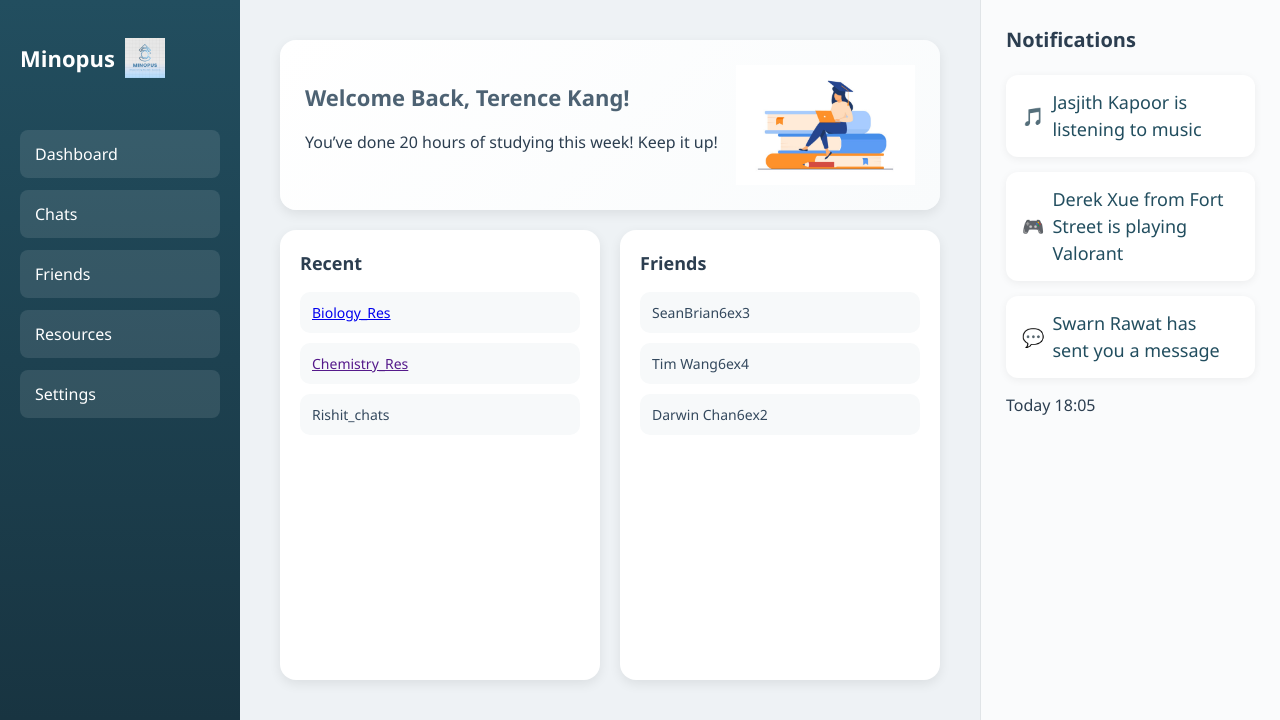
Repository: AUTemmie/Assessment-Task-3
Page: http://localhost/
The author's editor kept a copy of each file at every save. The page is drawn from the files as they stood at one save, then again after the next save.
The browser window is 1280 px wide. The pictures show the whole page.
The page is served by the project's application, run on Flask 3 (main.py). Other server files are loaded and not shown.

Above is the page before, as saved 2025-09-25 12:05:33.

### templates/index.html
{% extends 'layout.html' %} {% block content %}
<section class="welcome-card">
  <div>
    <h2>Welcome Back, Terence Kang!</h2>
    <p>You’ve done 20 hours of studying this week! Keep it up!</p>
  </div>
  <img
    src="../static/images/WomanStudying.jpg"
    alt="Studying"
    style="height: 120px"
  />
</section>

<div class="card-grid">
  <div class="card">
    <h3>Recent</h3>
    <ul>
      <li>
        <a href="https://www.khanacademy.org/science/biology">Biology_Res</a>
      </li>
      <li><a href="">Chemistry_Res</a></li>
      <li>Rishit_chats</li>
    </ul>
  </div>

  <div class="card">
    <h3>Friends</h3>
    <ul>
      <li>SeanBrian6ex3</li>
      <li>Tim Wang6ex4</li>
      <li>Darwin Chan6ex2</li>
    </ul>
  </div>
</div>
{% endblock %}

### templates/layout.html
<!DOCTYPE html>
<html lang="en">
  <head>
    <meta charset="UTF-8" />
    <meta name="viewport" content="width=device-width, initial-scale=1.0" />
    <meta http-equiv="X-UA-Compatible" content="ie=edge" />
    <meta http-equiv="Content-Security-Policy" content="script-src 'self';" />
    <link
      rel="stylesheet"
      href="{{ url_for('static', filename='css/style.css') }}"
    />
    <link
      rel="icon"
      type="image/x-icon"
      href="{{ url_for('static', filename='images/Favicon.png') }}"
    />
    <title>{% block title %}Minopus{% endblock %}</title>
  </head>
  <body class="theme-red {% if hide_layout %}no-sidebars{% endif %}">
    <div class="dashboard-grid">
      {% if not hide_layout %}
      <!-- Left Sidebar -->
      {% include "partials/sidebar.html" %} {% endif %}

      <!-- Main Content -->
      <main class="main-panel">{% block content %}{% endblock %}</main>

      {% if not hide_layout %}
      <!-- Right Sidebar -->
      {% include "partials/notifications.html" %} {% endif %}
    </div>

    <script src="{{ url_for('static', filename='js/app.js') }}"></script>
  </body>
</html>

### templates/partials/sidebar.html
<aside class="sidebar" aria-label="Main Navigation">
  <h2 class="logo">
    Minopus
    <img
      src="{{ url_for('static', filename='images/Favicon.png') }}"
      alt="Minopus logo"
      width="40"
      height="40"
    />
  </h2>

  <nav class="sidebar-nav">
    <ul>
      <li><a href="/">Dashboard</a></li>
      <li><a href="/chat">Chats</a></li>
      <li><a href="/friends">Friends</a></li>
      <li><a href="/resources">Resources</a></li>
      <li><a href="/settings">Settings</a></li>
    </ul>
  </nav>
</aside>

### templates/partials/notifications.html
<aside class="notifications" aria-label="User Notifications">
  <h2>Notifications</h2>
  <ul class="notification-list">
    <li>
      <span class="icon">🎵</span>
      <span class="text">Jasjith Kapoor is listening to music</span>
    </li>
    <li>
      <span class="icon">🎮</span>
      <span class="text">Derek Xue from Fort Street is playing Valorant</span>
    </li>
    <li>
      <span class="icon">💬</span>
      <span class="text">Swarn Rawat has sent you a message</span>
    </li>
  </ul>
  <footer class="timestamp">Today 18:05</footer>
</aside>

### main.py
from flask import Flask
from flask import render_template
from flask import request
import database_manager as dbHandler
from flask import redirect


app = Flask(__name__)


@app.route("/", methods=["GET", "POST"])
@app.route("/index.html", methods=["GET"])
def index():
    return render_template("index.html")


@app.route("/chat")
def chat():
    return render_template("chat.html")


@app.route("/friends")
def friends():
    return render_template("friends.html")


@app.route("/resources")
def resources():
    return render_template("resource.html")


@app.route("/settings")
def settings():
    return render_template("settings.html")


@app.route("/Login", methods=["GET", "POST"])
def login():
    if request.method == "POST":
        username = request.form["username"]
        password = request.form["password"]

        if username == "admin" and password == "password":
            return redirect("/")
        else:
            error = "Invalid username or password"
            # pass hide_layout=True
            return render_template("Login.html", error=error, hide_layout=True)

    # GET request
    return render_template("Login.html", hide_layout=True)


if __name__ == "__main__":
    app.run(debug=True, host="0.0.0.0", port=5000)

### static/css/style.css
/* Reset + Base */
body {
  margin: 0;
  font-family: "Segoe UI", sans-serif;
  background-color: #eef2f5;
  color: #2c3e50;
  line-height: 1.5;
}

/* Grid Layout */
.dashboard-grid {
  display: grid;
  grid-template-columns: 240px 1fr 300px;
  grid-template-rows: 100vh;
  overflow: hidden;
}

/* Sidebar */
.sidebar {
  background: linear-gradient(180deg, #224e5f, #183441);
  color: #fff;
  padding: 20px;
  display: flex;
  flex-direction: column;
}

.sidebar .logo {
  display: flex;
  align-items: center;
  gap: 10px;
  font-size: 22px;
  font-weight: bold;
  margin-bottom: 40px;
}

.sidebar ul {
  list-style: none;
  padding: 0;
  margin: 0;
}

.sidebar li {
  margin: 12px 0;
}

.sidebar a {
  display: block;
  padding: 12px 15px;
  border-radius: 8px;
  text-decoration: none;
  background: rgba(255, 255, 255, 0.1);
  color: #fff;
  font-weight: 500;
  transition: 0.25s ease;
}

.sidebar a:hover {
  background: rgba(255, 255, 255, 0.25);
}

/* Main Panel */
.main-panel {
  display: flex;
  flex-direction: column;
  padding: 40px;
  background-color: #eef2f5;
  height: 100vh;
  box-sizing: border-box;
  overflow: hidden;
}

.main-panel h1 {
  margin: 0 0 20px;
  font-size: 28px;
  font-weight: 600;
}

.main-panel h2 {
  margin-top: 0;
  font-size: 20px;
  font-weight: 500;
  color: #4d6273;
}

/* Welcome Card */
.welcome-card {
  background: linear-gradient(135deg, #ffffff, #f9fbfc);
  border-radius: 16px;
  padding: 25px;
  margin-bottom: 20px;
  display: flex;
  align-items: center;
  justify-content: space-between;
  box-shadow: 0 4px 12px rgba(0, 0, 0, 0.08);
}

.welcome-card h2 {
  margin: 0;
  font-size: 22px;
  font-weight: 600;
}

/* Card Grid */
.card-grid {
  display: grid;
  grid-template-columns: 1fr 1fr;
  gap: 20px;
  flex: 1;
  min-height: 0;
}

/* Cards */
.card {
  background: #fff;
  border-radius: 16px;
  padding: 20px;
  box-shadow: 0 4px 12px rgba(0, 0, 0, 0.08);
  display: flex;
  flex-direction: column;
  height: 100%;
  box-sizing: border-box;
}

.card h3 {
  margin: 0 0 15px;
  font-size: 18px;
  font-weight: 600;
}

.card ul {
  list-style: none;
  padding: 0;
  margin: 0;
  flex: 1;
  overflow-y: auto;
}

.card li {
  margin-bottom: 10px;
  background: #f7f9fa;
  padding: 10px 12px;
  border-radius: 10px;
  font-size: 14px;
  color: #34495e;
}

/* Notifications */
.notifications {
  background: #fafbfc;
  padding: 25px;
  border-left: 1px solid #e0e4e7;
  display: flex;
  flex-direction: column;
  overflow-y: auto;
}

.notifications h2 {
  margin: 0 0 20px;
  font-size: 20px;
  font-weight: 600;
}

.notifications ul {
  list-style: none;
  padding: 0;
  margin: 0;
}

.notifications li {
  margin-bottom: 15px;
  background: #fff;
  padding: 14px 16px;
  border-radius: 12px;
  display: flex;
  align-items: center;
  justify-content: space-between;
  font-size: 14px;
  box-shadow: 0 2px 8px rgba(0, 0, 0, 0.06);
  transition: transform 0.2s ease;
}

.notifications li:hover {
  transform: translateY(-3px);
}

.notifications span {
  margin-right: 8px;
  font-size: 18px;
  color: #224e5f;
}

.chat-container {
  display: flex;
  flex-direction: column;
  height: 100%;
  background: #fff;
  border-radius: 12px;
  box-shadow: 0 4px 12px rgba(0, 0, 0, 0.08);
  padding: 20px;
}

.chat-box {
  flex: 1;
  overflow-y: auto;
  padding-right: 10px;
  margin-bottom: 15px;
}

.message {
  max-width: 70%;
  margin: 8px 0;
  padding: 10px 14px;
  border-radius: 12px;
  font-size: 14px;
  position: relative;
}

.message.sent {
  background: #224e5f;
  color: #fff;
  margin-left: auto;
  border-bottom-right-radius: 4px;
}

.message.received {
  background: #f1f3f5;
  color: #2c3e50;
  margin-right: auto;
  border-bottom-left-radius: 4px;
}

.message .time {
  display: block;
  font-size: 11px;
  color: #777;
  margin-top: 4px;
}

.chat-input {
  display: flex;
  gap: 10px;
}

.chat-input input {
  flex: 1;
  padding: 12px;
  border-radius: 8px;
  border: 1px solid #ccc;
  font-size: 14px;
}

.chat-input button {
  background: #224e5f;
  color: #fff;
  border: none;
  padding: 12px 18px;
  border-radius: 8px;
  cursor: pointer;
  transition: 0.2s ease;
}

.chat-input button:hover {
  background: #1a3b48;
}

.login-container {
  max-width: 400px;
  margin: auto;
  background: #fff;
  padding: 30px;
  border-radius: 16px;
  box-shadow: 0 4px 12px rgba(0, 0, 0, 0.08);
  text-align: center;
}

.login-container h2 {
  margin-bottom: 20px;
  font-size: 24px;
  font-weight: 600;
  color: #224e5f;
}

.form-group {
  text-align: left;
  margin-bottom: 15px;
}

.form-group label {
  display: block;
  margin-bottom: 6px;
  font-size: 14px;
  font-weight: 500;
  color: #2c3e50;
}

.form-group input {
  width: 100%;
  padding: 12px;
  border-radius: 8px;
  border: 1px solid #ccc;
  font-size: 14px;
  box-sizing: border-box;
}

button[type="submit"] {
  width: 100%;
  padding: 12px;
  background: #224e5f;
  color: #fff;
  border: none;
  border-radius: 8px;
  font-size: 16px;
  font-weight: 500;
  cursor: pointer;
  transition: 0.25s ease;
}

button[type="submit"]:hover {
  background: #1a3b48;
}

.error {
  color: red;
  font-size: 14px;
  margin-bottom: 15px;
}

.signup-link {
  margin-top: 15px;
  font-size: 14px;
}
.signup-link a {
  color: #224e5f;
  text-decoration: none;
  font-weight: 500;
}
.signup-link a:hover {
  text-decoration: underline;
}

/* Hide sidebars when layout is disabled */
body.no-sidebars .dashboard-grid {
  grid-template-columns: 1fr; /* Collapse to single column */
}

body.no-sidebars .sidebar,
body.no-sidebars .notifications {
  display: none !important;
}

.friends-list {
  list-style: none;
  padding: 0;
  margin-top: 20px;
}

.friend {
  background: #fff;
  padding: 16px 20px;
  margin-bottom: 12px;
  border-radius: 12px;
  box-shadow: 0 2px 6px rgba(0, 0, 0, 0.05);
  font-size: 15px;
  color: #2c3e50;
  display: flex;
  align-items: center;
  gap: 12px;
}

.status-icon {
  font-size: 18px;
}

.friend .status {
  float: right;
  font-weight: bold;
}

.friend.online .status {
  color: #2ecc71; /* green */
}

.friend.offline .status {
  color: #e74c3c; /* red */
}

/* Status icons (Discord-style) */
.status-icon {
  display: inline-block;
  width: 14px;
  height: 14px;
  border-radius: 50%;
  margin-right: 10px;
  vertical-align: middle;
  border: 2px solid #fff; /* small white border around circle */
}

.friend.online .status-icon {
  background-color: #43b581; /* Discord green */
}

.friend.offline .status-icon {
  background-color: #747f8d; /* Discord grey */
}

.friend-search {
  width: 100%;
  padding: 10px 14px;
  margin-bottom: 15px;
  border: 1px solid #ccc;
  border-radius: 8px;
  font-size: 14px;
  box-sizing: border-box;
}

.friend-search:focus {
  outline: none;
  border-color: #224e5f;
  box-shadow: 0 0 5px rgba(34, 78, 95, 0.4);
}

/* Page wrapper */
.settings-page {
  padding: 20px;
  font-family: "Segoe UI", sans-serif;
  color: #2c3e50;
}

/* Title */
.page-title {
  margin-bottom: 20px;
}

/* Settings panel */
.settings-content {
  background: #ffffff;
  border-radius: 12px;
  padding: 25px;
  box-shadow: 0 2px 6px rgba(0, 0, 0, 0.1);
  max-width: 600px;
}

/* Section title */
.settings-content h3 {
  margin-bottom: 20px;
}

/* Form */
.settings-form {
  display: flex;
  flex-direction: column;
  gap: 18px;
}

.settings-form label {
  display: flex;
  flex-direction: column;
  font-size: 14px;
  color: #34495e;
}

.settings-form input {
  padding: 10px;
  margin-top: 6px;
  border: 1px solid #dcdde1;
  border-radius: 8px;
  outline: none;
}

.settings-form input:focus {
  border-color: #3498db;
}

/* Button */
.save-btn {
  padding: 12px;
  border: none;
  border-radius: 8px;
  background: #3498db;
  color: #fff;
  font-weight: bold;
  cursor: pointer;
  transition: background 0.2s;
}

.save-btn:hover {
  background: #2980b9;
}

.logout-link {
  display: inline-block;
  margin-top: 15px;
  color: #fff;
  background-color: #e74c3c;
  padding: 8px 12px;
  text-decoration: none;
  border-radius: 4px;
}

.logout-link:hover {
  background-color: #c0392b;
}

.resources-container {
  display: flex;
  gap: 20px;
  flex-wrap: wrap;
  margin-top: 20px;
}

.resource-card {
  background-color: #f5f7fa;
  padding: 20px;
  border-radius: 10px;
  flex: 1 1 250px; /* responsive cards */
  box-shadow: 0 4px 6px rgba(0, 0, 0, 0.1);
}

.resource-card h3 {
  margin-top: 0;
  color: #2c3e50;
}

.resource-card p {
  color: #34495e;
  margin-bottom: 15px;
}

.resource-link {
  display: inline-block;
  text-decoration: none;
  background-color: #3498db;
  color: white;
  padding: 8px 12px;
  border-radius: 5px;
}

.resource-link:hover {
  background-color: #2980b9;
}

### static/js/app.js
if ("serviceworker" in navigator) {
  window.addEventListener("load", function () {
    navigator.serviceworker
      .register("static/js/serviceworker.js")
      .then((res) => console.log("service worker registered"))
      .catch((err) => console.log("service worker not registered", err));
  });
}

After the next save:
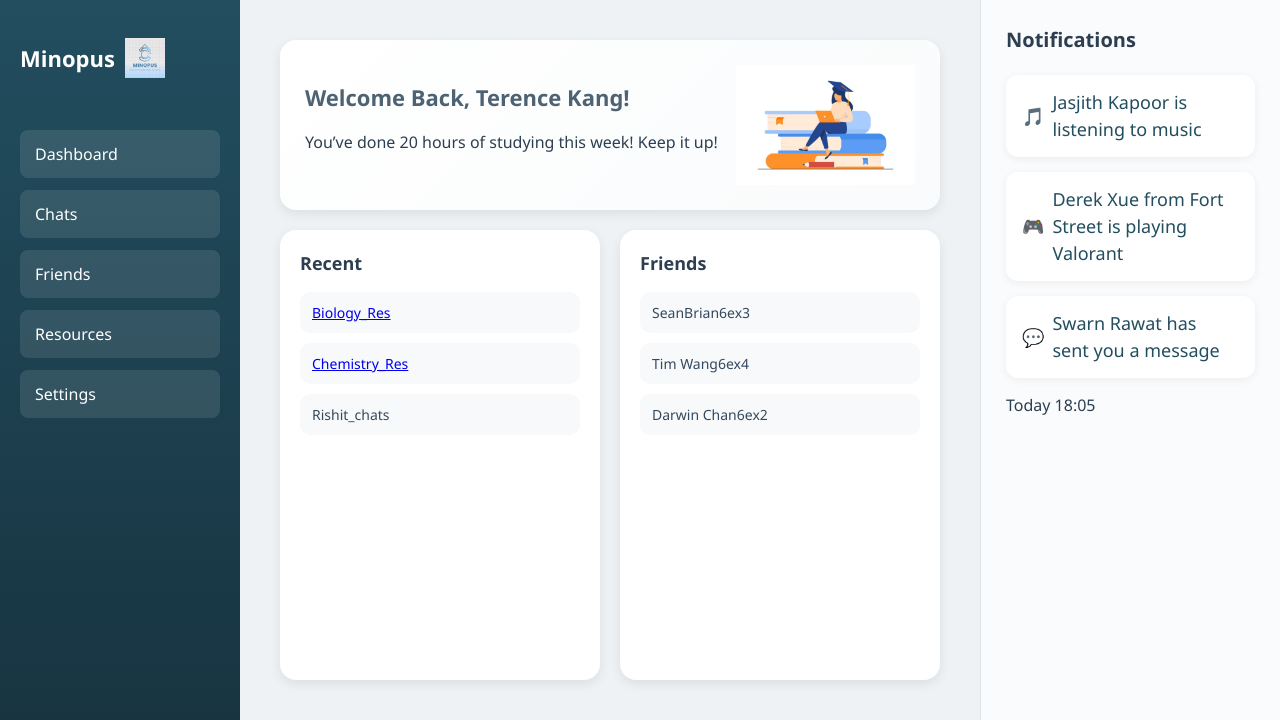
Saved 10 s later.
--- a/templates/index.html
+++ b/templates/index.html
@@ -18,7 +18,11 @@
       <li>
         <a href="https://www.khanacademy.org/science/biology">Biology_Res</a>
       </li>
-      <li><a href="">Chemistry_Res</a></li>
+      <li>
+        <a href="https://www.khanacademy.org/science/chemistry"
+          >Chemistry_Res</a
+        >
+      </li>
       <li>Rishit_chats</li>
     </ul>
   </div>
